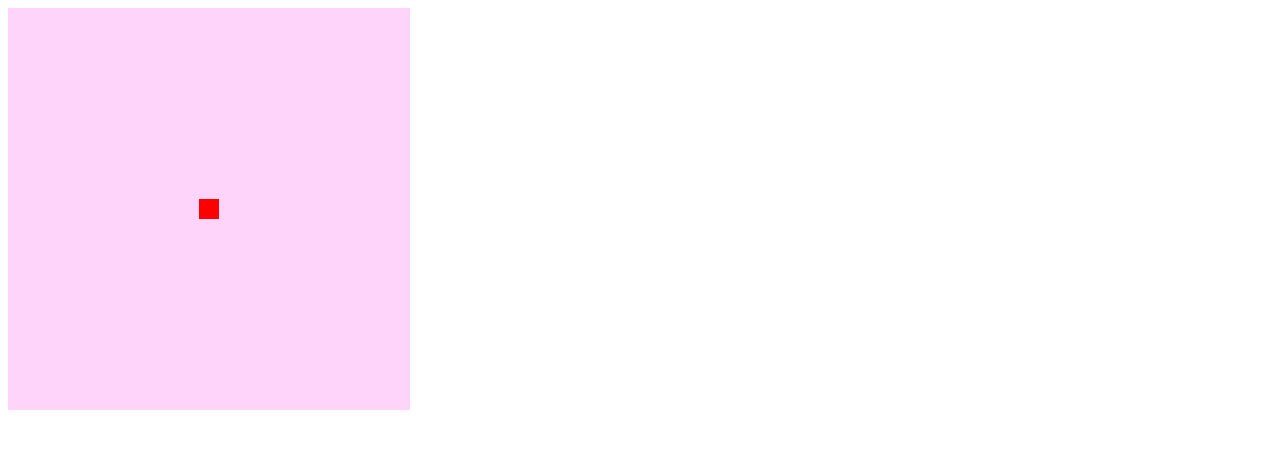
Repository: HyunraDate/ZhongpingShen
Page: Chocolate.html
These files come from the project's save history. The page is drawn as it stood at one moment and after the next save; the edit follows.
The browser window is 1280 px wide. The pictures show the whole page.

Above is the page before, as saved 2024-02-16 14:09:28.

After the next save:
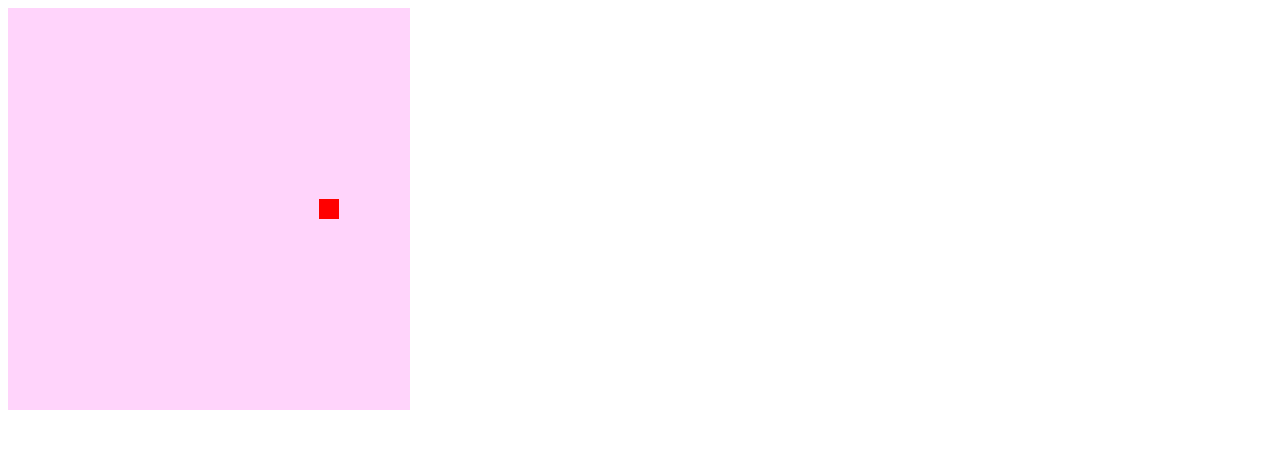
Saved 6 min 35 s later.
--- a/app2.js
+++ b/app2.js
@@ -143,7 +143,9 @@ gl.clear(gl.COLOR_BUFFER_BIT)
 let position = [0.6, 0.0]
 
 let location = gl.getAttribLocation(gl.program, 'a_position') //传参：我们WebGL的名称：program
-console.log(location)
+console.log(location) //获取成功是0，失败是-1
+
+gl.vertexAttrib1f(location, 0.6, 0.0)
 
 //画一个点
 gl.drawArrays(gl.POINTS, 0,1)
